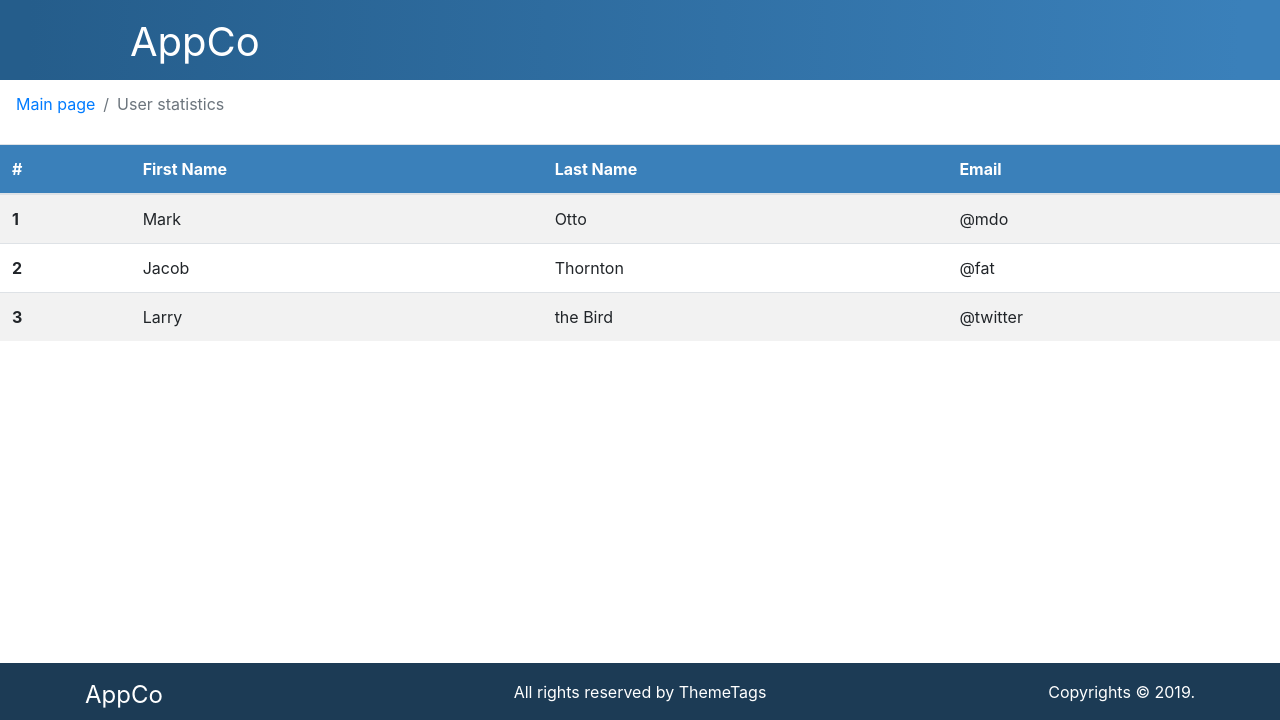
Repository: andbilous/user-statistics-app
Page: /
An editor plug-in stored every save of this project. The page is shown before and after the next save, followed by the edit.
The browser window is 1280 px wide. The pictures show the whole page.
The project was rebuilt for these pictures with package versions that can differ from the ones it lists, and the page was loaded fresh each time. Also part of the build but not shown: src/components/brainstorming/index.js, src/components/reasons/reasons.scss, src/components/reasons/index.js, src/components/footer/footer.scss, src/components/footer/index.js, src/pages/Main.jsx.

Above is the page before, as saved 2020-06-22 10:09:14.

### src/App.js
import React from 'react';
import Main from './pages/Main';
import Stats from './pages/Stats';
import './App.scss';

function App() {
  return (
    <div className="App">
      <Stats/>
    </div>
  );
}

export default App;

### src/pages/Stats.jsx
import React from "react";
import Header from "../components/Header";
import { Table, Breadcrumb, BreadcrumbItem } from "reactstrap";
import PlainFooter from "../components/plain-footer";

const Stats = () => {
  return (
    <>
      <Header />
      <Breadcrumb tag="nav" listTag="div">
        <BreadcrumbItem tag="a" href="#">Main page</BreadcrumbItem>
        <BreadcrumbItem active tag="span">User statistics</BreadcrumbItem>
      </Breadcrumb>
      <section className="table">
        <Table striped>
          <thead>
            <tr>
              <th>#</th>
              <th>First Name</th>
              <th>Last Name</th>
              <th>Email</th>
            </tr>
          </thead>
          <tbody>
            <tr>
              <th scope="row">1</th>
              <td>Mark</td>
              <td>Otto</td>
              <td>@mdo</td>
            </tr>
            <tr>
              <th scope="row">2</th>
              <td>Jacob</td>
              <td>Thornton</td>
              <td>@fat</td>
            </tr>
            <tr>
              <th scope="row">3</th>
              <td>Larry</td>
              <td>the Bird</td>
              <td>@twitter</td>
            </tr>
          </tbody>
        </Table>
      </section>
      <PlainFooter />
    </>
  );
};

export default Stats;

### src/App.scss
body {
  font-family: Montserrat;
  font-style: normal;
  font-weight: normal;
}
img {
  position: relative;
  display: block;
  width: 100%;
}

table {
  thead{
    background: #3A80BA;
    color: #fff;
  }
}

.breadcrumb {
  background-color: #fff !important;
}

### src/components/Header/index.js
import React from 'react';
import './header.scss';
import { Container } from 'reactstrap';


const Header = () => {
    return (
      <header className='header bg-image'>
      <Container>
          <div className='navbar-brand'>
          AppCo
            </div>
      </Container>
      </header>
    )
};

export default Header;

### src/components/plain-footer/index.js
import React from 'react';
import { Container, Row, Col } from 'reactstrap';
import './plain-footer.scss';

const PlainFooter = () => {
    return (
      <footer className='plain-footer'>
        <Container>
          <Row className='justify-content-between'>
          <Col className='col-md' lg='4'>
            <span className='footer-title'>AppCo</span>
          </Col>
          <Col className='col-md text-center' lg='4'>
          <span>All rights reserved by ThemeTags</span>
            </Col>
            <Col className='col-md text-right' lg='4'>
            <span>Copyrights © 2019.</span>
            </Col>
          </Row>
        </Container>
      </footer>
    )
};

export default PlainFooter;

### src/components/Header/header.scss
.header{
  width: 100%;
  height: 80px;
  background: linear-gradient(92.09deg, #255D8B 2.29%, #3A80BA 96.79%);
  .navbar-brand {
    color: #fff;
    font-size: 40px;
    line-height: 49px;
    position: absolute;
    width: 136px;
    height: 49px;
    left: 130px;
    top: 12px;
  }
}

### src/components/brainstorming/brainstorming.scss
.brainstorming {
  background-image: url(/img/bg.png);
  background-repeat: no-repeat;
  background-position: center center;
  background-size: cover;
}
.brainstorming-header {
  font-size: 48px;
  line-height: 59px;
  color: #fff;
  font-style: normal;
  width: 98%;
}
.brainstorming-subheader {
  font-size: 20px;
  line-height: 142%;
  font-weight: normal;
  color: #fff;
  font-style: normal;
  margin-bottom: 32px;
}

.brainstorming-btn {
  width: 154px;
  height: 56px;
  background: #ffffff;
  border-radius: 8px;
  color: #3a80ba;
  font-size: 16px;
  line-height: 142%;
  text-align: center;
  padding: 17px 31px 16px 32px;
}

.mobile {
  width: 321px;
  height: 561px;
  background-image: url(/img/mobile.png);
  background-repeat: no-repeat;
  background-position: center center;
  background-size: cover;
}

.bg-image {
  position: relative;
  width: 100%;
  display: block;
}

### src/components/plain-footer/plain-footer.scss
.plain-footer {
  position: absolute;
  bottom: 0;
  background-color: #1c3b55;
  width: 100%;
  height: 57px;
  color: #fff;
  padding: 17px 17px;
  .span{
    font-size: 16px;
  }
  .footer-title{
    font-size: 24px;
    line-height: 29px;
  }
}

Loaded but not shown: public/index.html (common file); src/index.js (common file); src/serviceWorker.js (common file)

After the next save:
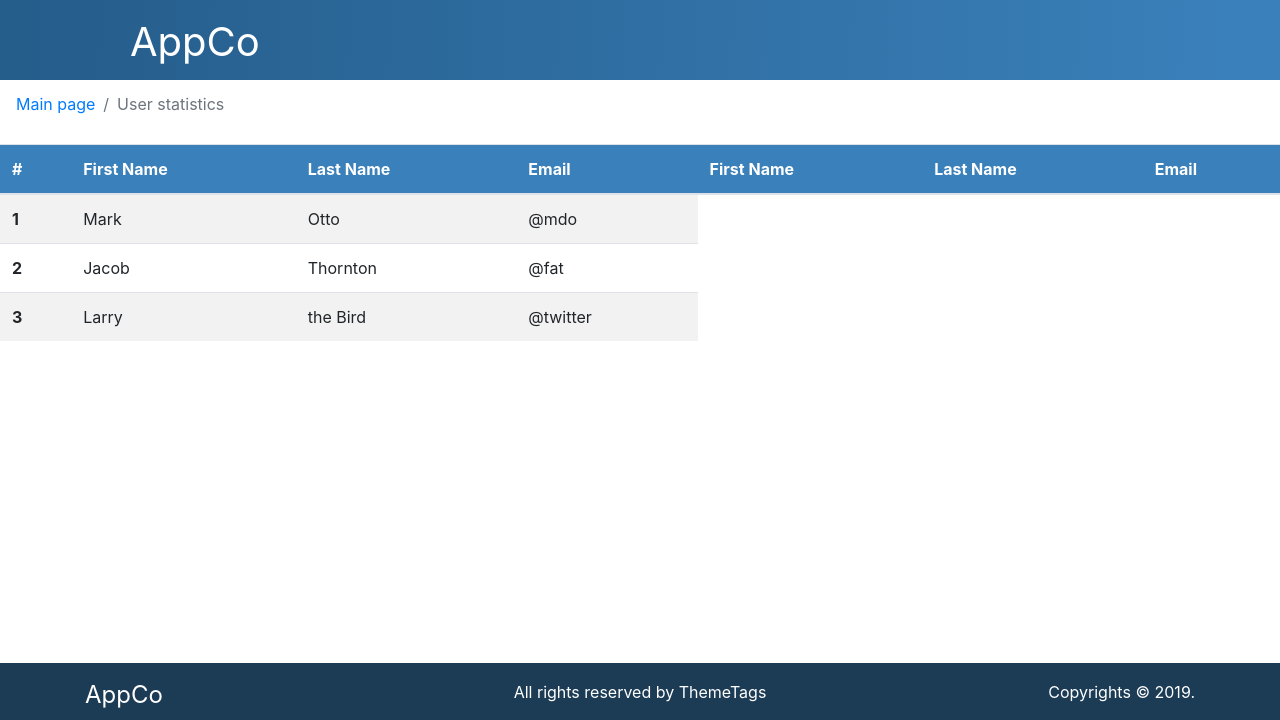
Saved 6 s later.
--- a/src/pages/Stats.jsx
+++ b/src/pages/Stats.jsx
@@ -16,6 +16,9 @@ const Stats = () => {
           <thead>
             <tr>
               <th>#</th>
+              <th>First Name</th>
+              <th>Last Name</th>
+              <th>Email</th>
               <th>First Name</th>
               <th>Last Name</th>
               <th>Email</th>
